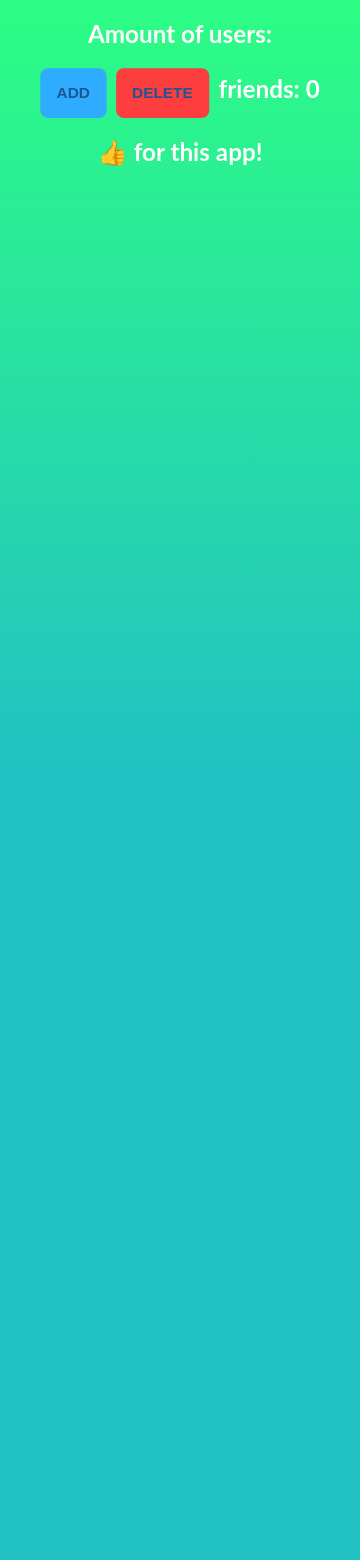
Repository: marcinszymaszek/facelook
Page: /
An editor plug-in stored every save of this project. The page is shown before and after the next save, followed by the edit.
The browser window is 375 px wide. The pictures show the whole page, at 96% of full size.
The page's requests for data from a server got no answer. The project was rebuilt for these pictures with package versions that can differ from the ones it lists, and the page was loaded fresh each time. No one was signed in, and anything a server would have sent is missing.

Above is the page before, as saved 2020-01-13 19:19:38.

After the next save:
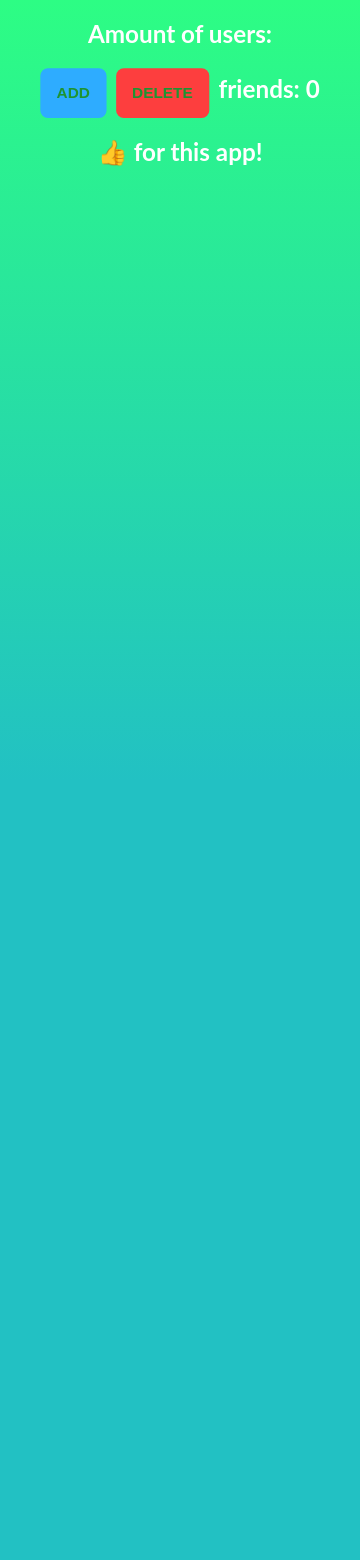
Saved 2 min 22 s later.
--- a/src/components/information/MainInfo.css
+++ b/src/components/information/MainInfo.css
@@ -21,7 +21,7 @@
 @media screen and (max-width: 480px){
     .btn-add, .btn-delete {
         padding: 17px 17px;
-        color: rgb(30, 85, 148);
+        color: rgb(30, 148, 50);
     }
 }
 
